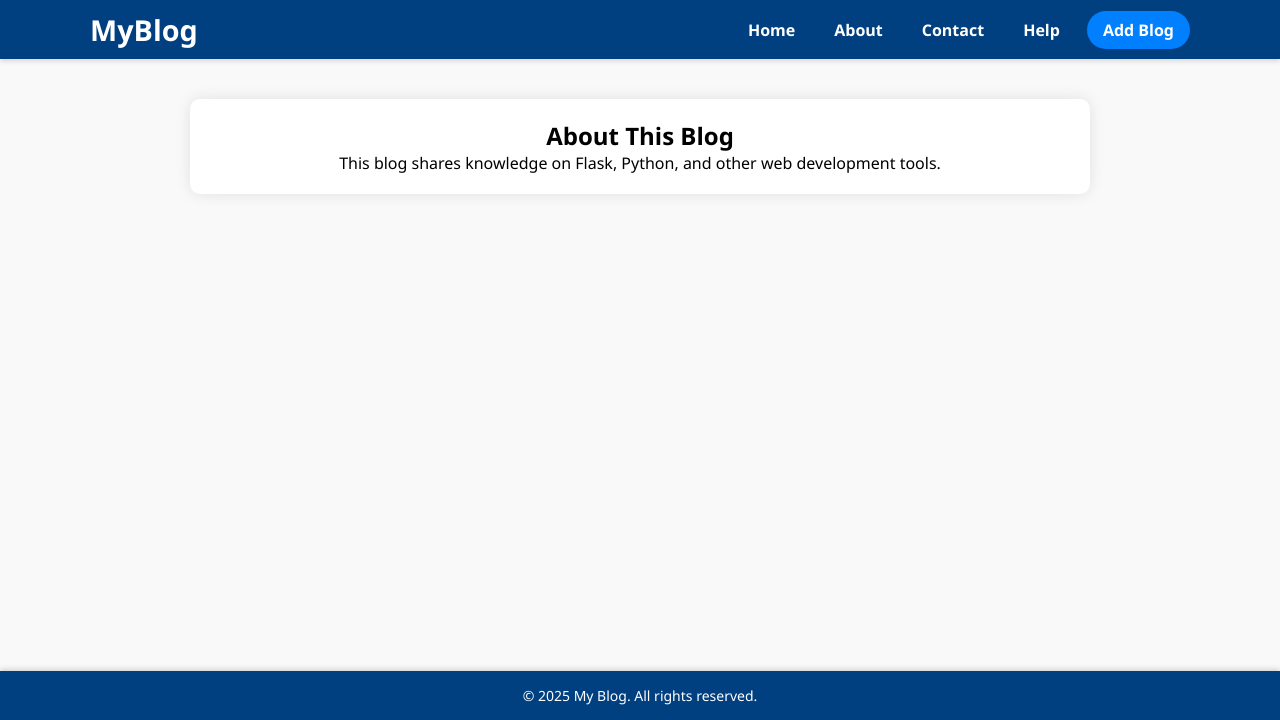
Repository: ankitg-02/FLASK
Page: http://localhost/about
An editor plug-in stored every save of this project. The page is shown before and after the next save, followed by the edit.
The browser window is 1280 px wide. The pictures show the whole page.
The page is served by the project's application, run on Flask 3 (app.py).

Above is the page before, as saved 2025-05-19 15:17:26.

### Project2/templates/about.html
{% extends 'base.html' %} {% block title %}About - My Blog{% endblock %} {%
block content %}
<h2>About This Blog</h2>
<p>
  This blog shares knowledge on Flask, Python, and other web development tools.
</p>
{% endblock %}

### Project2/templates/base.html
<!DOCTYPE html>
<html lang="en">
  <head>
    <meta charset="UTF-8" />
    <title>{% block title %}My Blog{% endblock %}</title>
    <link
      rel="stylesheet"
      href="{{ url_for('static', filename='css/style.css') }}"
    />
    <meta name="viewport" content="width=device-width, initial-scale=1" />
  </head>
  <body>
    <nav class="navbar">
      <div class="nav-container">
        <a href="{{ url_for('index') }}" class="nav-logo">MyBlog</a>
        <ul class="nav-menu" id="nav-menu">
          <li><a href="{{ url_for('index') }}" class="nav-link">Home</a></li>
          <li><a href="{{ url_for('about') }}" class="nav-link">About</a></li>
          <li>
            <a href="{{ url_for('contact') }}" class="nav-link">Contact</a>
          </li>
          <li><a href="{{ url_for('help') }}" class="nav-link">Help</a></li>
          <li>
            <a href="{{ url_for('add_blog') }}" class="nav-link nav-link-button"
              >Add Blog</a
            >
          </li>
        </ul>
        <div class="nav-toggle" id="nav-toggle">
          <span></span>
          <span></span>
          <span></span>
        </div>
      </div>
    </nav>

    <main>{% block content %}{% endblock %}</main>

    <footer>
      <div class="footer">
        <p>&copy; 2025 My Blog. All rights reserved.</p>
      </div>
    </footer>

    <script>
      const navToggle = document.getElementById("nav-toggle");
      const navMenu = document.getElementById("nav-menu");

      navToggle.addEventListener("click", () => {
        navMenu.classList.toggle("nav-menu_visible");
        navToggle.classList.toggle("nav-toggle_active");
      });
    </script>
  </body>
</html>

### Project2/app.py
from flask import Flask, render_template, request, redirect, url_for
from flask_sqlalchemy import SQLAlchemy
import os

app = Flask(__name__)
blogs = []
@app.route('/')
def index():
    return render_template('index.html', blogs=blogs)
@app.route('/about')
def about():
    return render_template('about.html')
@app.route('/contact')
def contact():
    return render_template('contact.html')
@app.route('/help')
def help():
    return render_template('help.html')
@app.route('/add_blog', methods=['GET', 'POST'])
def add_blog():
    if request.method == 'POST':
        # Get data from form
        name = request.form.get('name')
        email = request.form.get('email')
        phone = request.form.get('phone')
        content = request.form.get('content')

        # Save the blog entry
        blogs.append({
            'name': name,
            'email': email,
            'phone': phone,
            'content': content
        })

        return redirect(url_for('index'))

    return render_template('add_blog.html')
if __name__ == '__main__':
    app.run(debug=True)
    app.config['SQLALCHEMY_DATABASE_URI'] = os.getenv("DATABASE_URL", "sqlite:///local.db")
    app.config['SQLALCHEMY_TRACK_MODIFICATIONS'] = False
    db = SQLAlchemy(app)

class Blog(db.Model):
    id = db.Column(db.Integer, primary_key=True)
    name = db.Column(db.String(100))
    email = db.Column(db.String(120))
    phone = db.Column(db.String(15))
    content = db.Column(db.Text)

### Project2/static/css/style.css
/* Reset */
* {
  margin: 0;
  padding: 0;
  box-sizing: border-box;
}

main {
  max-width: 900px;        /* limit content width */
  margin: 40px auto;       /* center horizontally with some vertical spacing */
  padding: 20px;
  text-align: center;      /* center all text inside main */
  background-color: #fff;  /* optional: white background for contrast */
  border-radius: 10px;     /* optional: rounded corners */
  box-shadow: 0 0 15px rgba(0,0,0,0.1);  /* subtle shadow */
}


body {
  font-family: 'Segoe UI', Tahoma, Geneva, Verdana, sans-serif;
  background-color: #f9f9f9;
}

/* Navbar container */
.navbar {
  background-color: #004080;
  padding: 10px 20px;
  box-shadow: 0 2px 5px rgba(0,0,0,0.15);
  position: sticky;
  top: 0;
  z-index: 1000;
}

.nav-container {
  max-width: 1100px;
  margin: auto;
  display: flex;
  justify-content: space-between;
  align-items: center;
}

/* Logo */
.nav-logo {
  color: #fff;
  font-size: 1.8rem;
  font-weight: bold;
  text-decoration: none;
}

/* Menu */
.nav-menu {
  list-style: none;
  display: flex;
  gap: 15px;
}

.nav-menu li {
  /* no extra style */
}

.nav-link {
  color: #fff;
  text-decoration: none;
  font-weight: 600;
  padding: 8px 12px;
  border-radius: 4px;
  transition: background-color 0.3s ease;
}

.nav-link:hover {
  background-color: #002f5f;
}

/* Special button style for Add Blog */
.nav-link-button {
  background-color: #0080ff;
  padding: 8px 16px;
  border-radius: 25px;
}

.nav-link-button:hover {
  background-color: #005bb5;
}

/* Hamburger menu toggle button - hidden on desktop */
.nav-toggle {
  display: none;
  flex-direction: column;
  cursor: pointer;
  gap: 5px;
}

.nav-toggle span {
  display: block;
  width: 25px;
  height: 3px;
  background-color: white;
  border-radius: 3px;
  transition: 0.3s;
}

/* Hamburger active animation */
.nav-toggle_active span:nth-child(1) {
  transform: rotate(45deg) translate(5px, 5px);
}

.nav-toggle_active span:nth-child(2) {
  opacity: 0;
}

.nav-toggle_active span:nth-child(3) {
  transform: rotate(-45deg) translate(5px, -5px);
}

/* Responsive - mobile styles */
@media (max-width: 768px) {
  .nav-toggle {
    display: flex;
  }

  .nav-menu {
    position: absolute;
    top: 58px;
    right: 0;
    background-color: #004080;
    flex-direction: column;
    width: 200px;
    padding: 15px 0;
    border-radius: 0 0 0 10px;
    box-shadow: 0 4px 8px rgba(0,0,0,0.2);
    opacity: 0;
    pointer-events: none;
    transform: translateX(100%);
    transition: transform 0.3s ease, opacity 0.3s ease;
  }

  .nav-menu.nav-menu_visible {
    opacity: 1;
    pointer-events: auto;
    transform: translateX(0);
  }

  .nav-menu li {
    margin: 10px 0;
    text-align: center;
  }
}
/* Footer styling */
footer {
  background-color: #004080;
  color: #ffffff;
  text-align: center;
  padding: 15px 20px;
  position: fixed;
  bottom: 0;
  width: 100%;
  font-size: 14px;
  box-shadow: 0 -2px 5px rgba(0, 0, 0, 0.15);
  z-index: 999;
}

.footer p {
  margin: 0;
}
.form-container {
  max-width: 600px;
  margin: 40px auto;
  padding: 30px;
  background: #f9f9f9;
  border-radius: 12px;
  box-shadow: 0 0 15px rgba(0, 0, 0, 0.1);
  animation: fadeIn 0.6s ease-out;
}

.form-container h2 {
  margin-bottom: 20px;
  color: #004080;
  text-align: center;
}

.form-container form {
  display: flex;
  flex-direction: column;
  gap: 15px;
}

.form-container input,
.form-container textarea {
  padding: 12px;
  font-size: 16px;
  border: 1px solid #ccc;
  border-radius: 8px;
  width: 100%;
  transition: border-color 0.3s;
}

.form-container input:focus,
.form-container textarea:focus {
  border-color: #004080;
  outline: none;
}

.form-container textarea {
  resize: vertical;
  height: 120px;
}

.form-container button {
  padding: 12px;
  background-color: #004080;
  color: white;
  border: none;
  font-size: 16px;
  border-radius: 8px;
  cursor: pointer;
  transition: background-color 0.3s ease;
}

.form-container button:hover {
  background-color: #002f5d;
}

@keyframes fadeIn {
  from { opacity: 0; transform: translateY(20px); }
  to { opacity: 1; transform: translateY(0); }
}

After the next save:
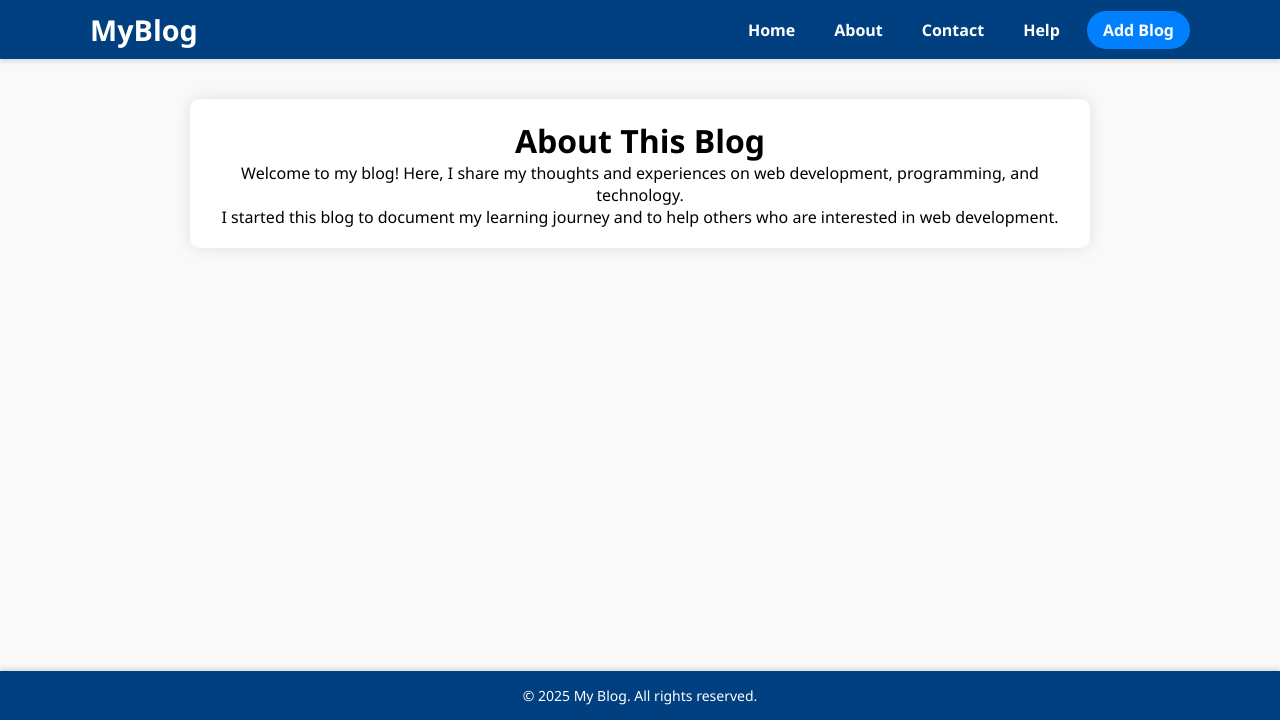
Saved 66 s later.
--- a/Project2/templates/about.html
+++ b/Project2/templates/about.html
@@ -1,7 +1,14 @@
 {% extends 'base.html' %} {% block title %}About - My Blog{% endblock %} {%
 block content %}
-<h2>About This Blog</h2>
-<p>
-  This blog shares knowledge on Flask, Python, and other web development tools.
-</p>
+<div class="page-content">
+  <h1>About This Blog</h1>
+  <p>
+    Welcome to my blog! Here, I share my thoughts and experiences on web
+    development, programming, and technology.
+  </p>
+  <p>
+    I started this blog to document my learning journey and to help others who
+    are interested in web development.
+  </p>
+</div>
 {% endblock %}
